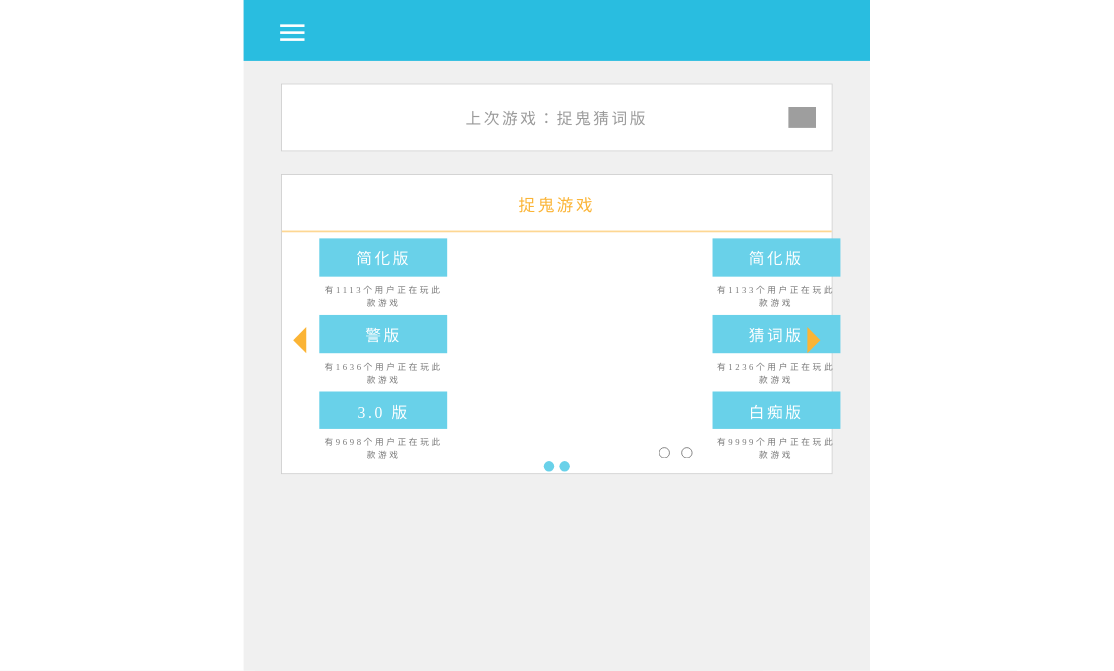
Repository: leozhangpd/My-Codes
Page: JS/two-project/home_page.html
These files come from the project's save history. The page is drawn as it stood at one moment and after a run of saves; the edit follows.
The browser window is 1280 px wide. The pictures show the whole page, at 87% of full size.
Pictures or frames that could not be fetched are drawn as grey boxes.

Above is the page before, as saved 2020-11-06 16:05:12.

### JS/two-project/home_page.html
<!DOCTYPE html>
<html lang="en">
<head>
    <meta charset="UTF-8">
    <meta name="viewport" content="width=device-width,initial-scale=1.0,maximum-scale=1.0,user-scalable=0" />
    <link rel="stylesheet" href="css/home_page.css" type="text/css" >
    <title>版本选择</title>
</head>
<body>
    <header>
        <button>
            <div></div>
            <div></div>
            <div></div>
        </button>
    </header>
    <main>
        <div class="review">
            <span>上次游戏：捉鬼猜词版</span>
        </div>
        <div class="content">
            <div class="title">
                <span>捉鬼游戏</span>
            </div>
            <input type="radio" name="change" id="change-1"/>
            <input type="radio" name="change" id="change-2"/>
            <ul class="list" id="out">
                <li><a href="#" id="in">简化版</a></li>
                <li>有1133个用户正在玩此款游戏</li>
                <li><a href="#">猜词版</a></li>
                <li>有1236个用户正在玩此款游戏</li>
                <li><a href="#">白痴版</a></li>
                <li>有9999个用户正在玩此款游戏</li>
            </ul>
            <ul class="list" id="out-2">
                <li><a href="#" id="in-2">简化版</a></li>
                <li>有1113个用户正在玩此款游戏</li>
                <li><a href="#">警版</a></li>
                <li>有1636个用户正在玩此款游戏</li>
                <li><a href="#">3.0 版</a></li>
                <li>有9698个用户正在玩此款游戏</li>
            </ul>
            <div class="page">
                <label for="change-1"></label>
                <label for="change-2"></label>
            </div>
            <div class="arrow">
                 <label for="change-1"></label>
                 <label for="change-2"></label>
            </div>
        </div>
    </main>
</body>
</html>

### JS/two-project/css/home_page.css
ul{list-style-type: none;margin: 0;padding: 0;}
button{outline: none;border:none;}
a:link,a:visited,a:hover,a:active {text-decoration:none;color: #fff;}
html{
    font-size: 62.5%;
    background: #fff;
    height: 100vh;
}
body{
    height: 100%;
    margin:0 auto;
    padding-bottom: 4%;
    max-width: 720px;
    min-width: 320px;
    background: #f0f0f0;
}
header{
    padding: 3% 5%;
    background-color: #29bde0;
}
header>button{
    width: 4rem;;
    background-color: rgba(0, 0, 0, 0);
}
header>button div{
    margin-top: .5rem;
    height: .3rem;
    background-color: #fff;
}
main{
    margin:0 6%;
    width:88%;
}
.review{
    padding:4% 0;
    background: url("../images/home_page-2.png") no-repeat 97% 50%/5%;
}
.review>span{/*review__content*/
    font-size: 18px;
    color: #9a9a9a;
}
.review,.content{
    background-color: #ffffff;
    margin-top: 4%;
    text-align: center;
    border: 1px double #cecece;
    letter-spacing: 3px;
}
.content{
    position: relative;
}
.title{/*content__title*/
    padding:3% 0;
    font-size: 19px;
    color: #fbb435;
    border-bottom: 0.2rem solid #fdd793;
}
.list{display: inline-block;}
.list>li{/*content__option*/
    margin: 4% 8% 0 8%;
}
.list>li:nth-child(odd){/*option__btn*/
    background: #69d1e9;
    font-size: 18px;
    color: #fff;
}
.list>li:nth-child(odd)>a{
    display: block;
    padding:6% 0;
}
.list>li:nth-child(even){/*option__hint*/
    color: #787878;
}
#out-2{margin-left: -100%;}
/* input{display: none;} */
.page>label{/*page__dot*/
    display: inline-block;
    padding-top: 12px;
    width:12px;
    background: #69d1e9;
    border-radius: 50%;
    transition: all .2s;
}
.page>label:hover{
    background: #2e2bda;
}
.arrow>label{
    position: absolute;
    top: 51%;
    border-style:solid;
}
.arrow>label:nth-child(1){
    left: 2%;
    border-width:15px 15px 15px 0;
    border-color:transparent #fbb435 transparent transparent;/*透明 透明 透明 橘*/
}
.arrow>label:nth-child(2){
    right: 2%;
    border-width:15px 0 15px 15px;
    border-color:transparent transparent transparent #fbb435;/*透明 透明 透明 橘*/
}

After the next 2 saves:
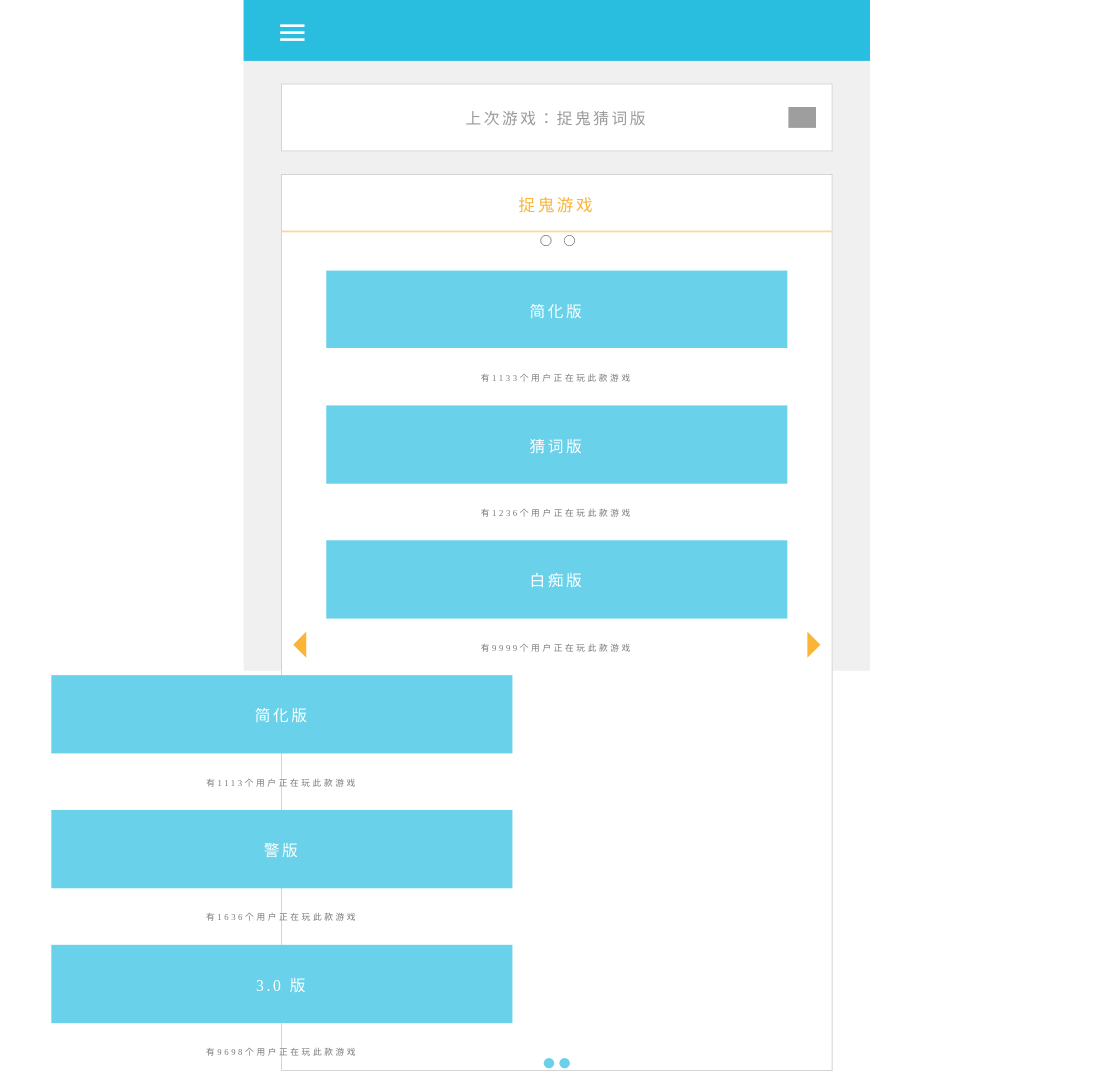
The 2 saves are shown as one change because they came seconds apart.
The last was saved 11 s later.
--- a/JS/two-project/css/home_page.css
+++ b/JS/two-project/css/home_page.css
@@ -55,7 +55,7 @@ main{
     color: #fbb435;
     border-bottom: 0.2rem solid #fdd793;
 }
-.list{display: inline-block;}
+.list{display: inline-block;width: 100%;}
 .list>li{/*content__option*/
     margin: 4% 8% 0 8%;
 }
